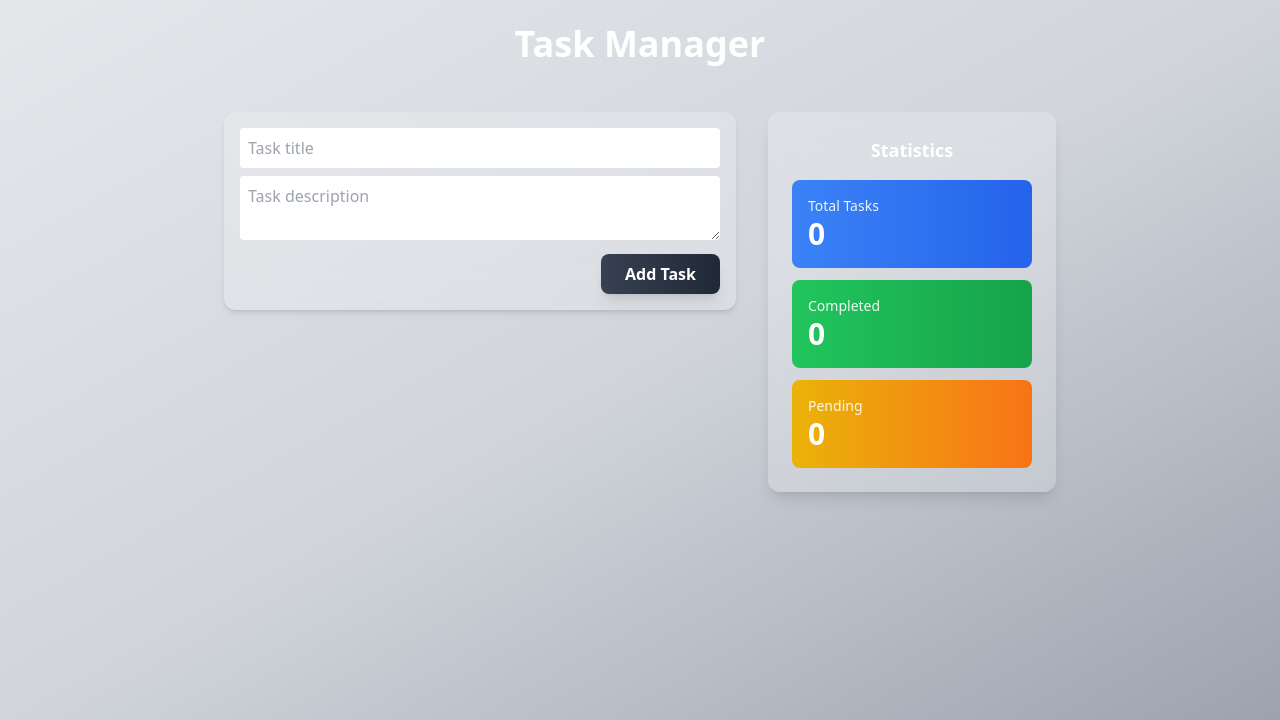
Repository: Meenakshi-commits/mern-task-manager
Page: / (app in client/)
An editor plug-in stored every save of this project. The page is shown before and after a run of saves, followed by the edit.
The browser window is 1280 px wide. The pictures show the whole page.
The page's requests for data from a server got no answer. The project was rebuilt for these pictures with package versions that can differ from the ones it lists, and the page was loaded fresh each time. No one was signed in, and anything a server would have sent is missing. Also part of the build but not shown: client/vite.config.js, client/src/components/TaskItem.jsx.

Above is the page before, as saved 2026-01-09 17:41:18.

### client/src/App.jsx
import { useEffect, useState } from "react";
import api from "./services/api";
import TaskForm from "./components/TaskForm";
import TaskList from "./components/TaskList";

export default function App() {
  const [tasks, setTasks] = useState([]);

  const fetchTasks = async () => {
    const res = await api.get("/tasks");
    setTasks(res.data);
  };

  useEffect(() => {
    fetchTasks();
  }, []);

  const completed = tasks.filter((t) => t.completed).length;
  const pending = tasks.length - completed;

  return (
    <div className="min-h-screen bg-gradient-to-br from-gray-200 via-gray-300 to-gray-400 p-6">
      <h1 className="text-4xl font-bold text-center mb-12 text-white">
        Task Manager
      </h1>

      <div className="max-w-6xl mx-auto text-white">
        <div className="flex justify-center items-start gap-8">
          <div className="flex-1 max-w-lg">
            <TaskForm fetchTasks={fetchTasks} />
            <TaskList tasks={tasks} fetchTasks={fetchTasks} />
          </div>

          <div className="bg-white/20 backdrop-blur-lg p-6 rounded-xl shadow-lg w-72 h-fit sticky top-20">
            <h2 className="text-lg font-semibold mb-4 text-center">Statistics</h2>
            <div className="space-y-3">
              <div className="bg-gradient-to-r from-blue-500 to-blue-600 p-4 rounded-lg">
                <p className="text-sm opacity-90">Total Tasks</p>
                <p className="text-3xl font-bold">{tasks.length}</p>
              </div>
              <div className="bg-gradient-to-r from-green-500 to-green-600 p-4 rounded-lg">
                <p className="text-sm opacity-90">Completed</p>
                <p className="text-3xl font-bold">{completed}</p>
              </div>
              <div className="bg-gradient-to-r from-yellow-500 to-orange-500 p-4 rounded-lg">
                <p className="text-sm opacity-90">Pending</p>
                <p className="text-3xl font-bold">{pending}</p>
              </div>
            </div>
          </div>
        </div>
      </div>
    </div>
  );
}

### client/src/components/TaskForm.jsx
import { useState } from "react";
import api from "../services/api";

export default function TaskForm({ fetchTasks }) {
  const [title, setTitle] = useState("");
  const [description, setDescription] = useState("");

  const handleSubmit = async (e) => {
    e.preventDefault();
    if (!title) return;

    await api.post("/tasks", {
      title,
      description,
    });

    setTitle("");
    setDescription("");
    fetchTasks();
  };

  return (
    <form
      onSubmit={handleSubmit}
      className="bg-white/20 backdrop-blur-lg p-4 rounded-xl shadow-md"
    >
      <input
        type="text"
        placeholder="Task title"
        className="w-full mb-2 p-2 rounded"
        value={title}
        onChange={(e) => setTitle(e.target.value)}
      />

      <textarea
        placeholder="Task description"
        className="w-full mb-2 p-2 rounded"
        value={description}
        onChange={(e) => setDescription(e.target.value)}
      />

      <div className="flex justify-end">
        <button className="bg-gradient-to-r from-gray-700 to-gray-800 text-white font-semibold px-6 py-2 rounded-lg hover:from-gray-800 hover:to-gray-900 transition-all duration-200 shadow-lg hover:shadow-xl active:scale-95">
          Add Task
        </button>
      </div>
    </form>
  );
}

### client/src/components/TaskList.jsx
import TaskItem from "./TaskItem";

export default function TaskList({ tasks, fetchTasks }) {
  return (
    <div className="mt-4">
      {tasks.map((task) => (
        <TaskItem
          key={task._id}
          task={task}
          fetchTasks={fetchTasks}
        />
      ))}
    </div>
  );
}

Loaded but not shown: client/index.html (common file); client/src/main.jsx (common file); client/src/index.css (common file); client/src/services/api.js (common file); client/tailwind.config.js (common file)

After the next 2 saves:
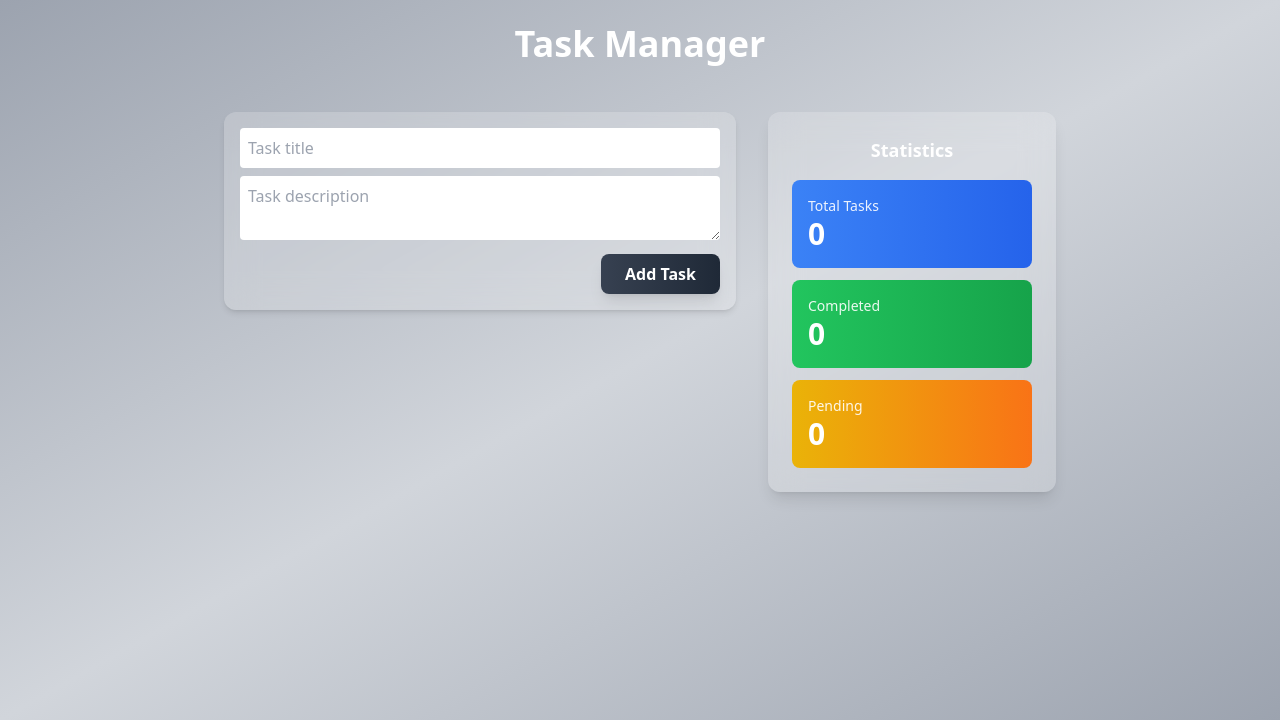
The 2 saves are shown as one change because they came seconds apart.
The last was saved 30 s later.
--- a/client/src/App.jsx
+++ b/client/src/App.jsx
@@ -19,7 +19,7 @@ export default function App() {
   const pending = tasks.length - completed;
 
   return (
-    <div className="min-h-screen bg-gradient-to-br from-gray-200 via-gray-300 to-gray-400 p-6">
+    <div className="min-h-screen bg-gradient-to-br from-gray-400 via-gray-300 to-gray-400 p-6">
       <h1 className="text-4xl font-bold text-center mb-12 text-white">
         Task Manager
       </h1>
